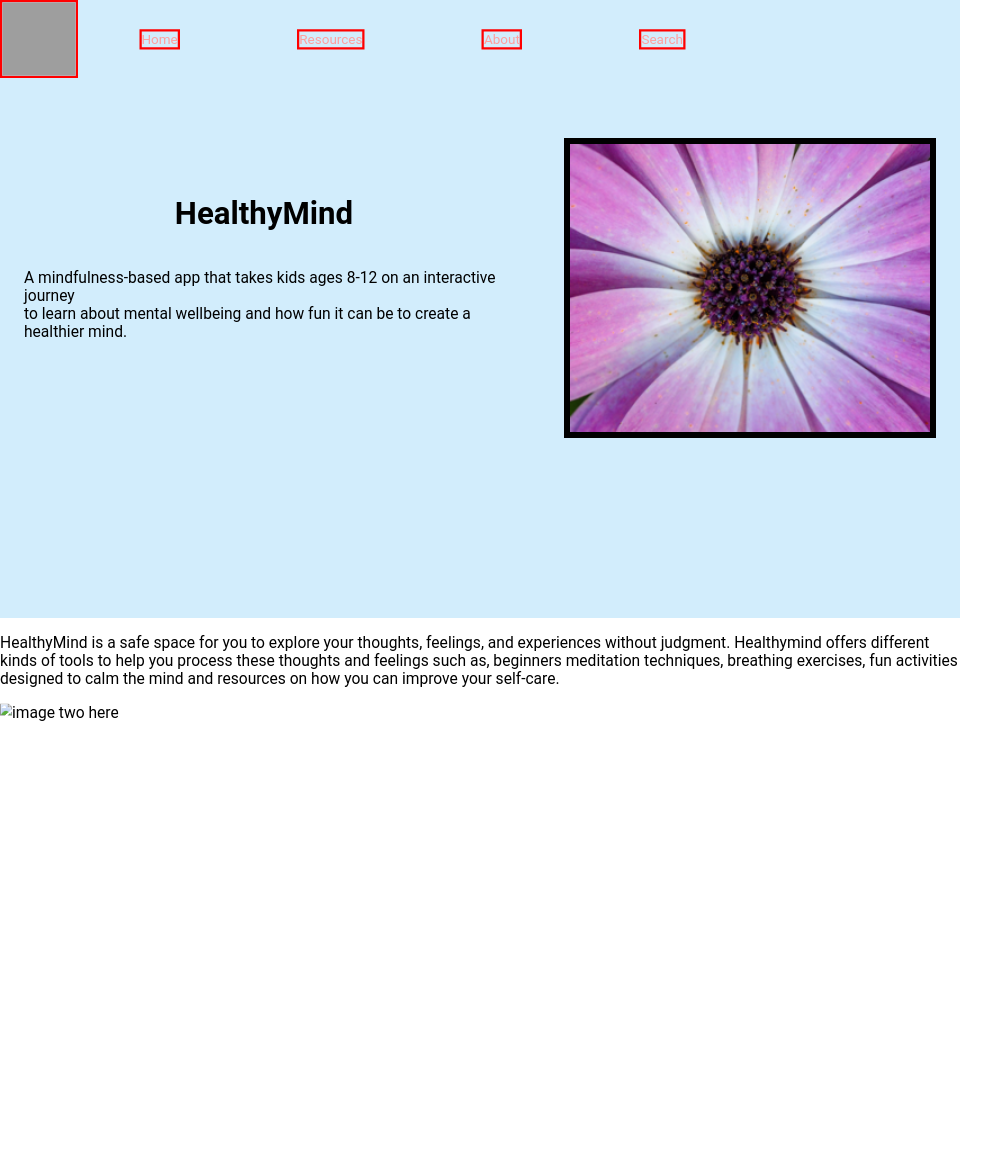
Repository: Nafisa-Huda/HealthierMind
Page: public/index.html
An editor plug-in stored every save of this project. The page is shown before and after the next save, followed by the edit.
The browser window is 1280 px wide. The page is 1328 px wide, so the pictures cover 1328 px, including what lies to the right of the window. The pictures show the whole page, at 75% of full size.
Pictures or frames that could not be fetched are drawn as grey boxes.

Above is the page before, as saved 2022-07-11 16:20:20.

### public/index.html
<!DOCTYPE html>
<html lang="en">
<head>
    <meta charset="UTF-8">
    <meta http-equiv="X-UA-Compatible" content="IE=edge">
    <meta name="viewport" content="width=device-width, initial-scale=1.0">
    <title>HealthyMind</title>
    <link rel="stylesheet" href="/public/style.css">
</head>
<body>
    <header>
        <div class="container row">
            <img class="logo" src="https://i.ibb.co/xLGc6jC/Healthy-Mind-logo.png" alt="healthy-mind-logo">
        <nav class="nav">
            <ul class="nav__list">
                <li class="nav__item"><a href="#" class="nav__link">Home</a></li>
                <li class="nav__item"><a href="#" class="nav__link">Resources</a></li>
                <li class="nav__item"><a href="#" class="nav__link">About</a></li>
                <li class="nav__item"><a href="#" class="nav__link">Search</a></li>
            </ul>
        </nav>
        </div>
    </header>

    <!-- <section class="hero main"> -->
        <div class="hero main ">
            <div class="hero__text">
                <h1>HealthyMind</h1>
                <p>A mindfulness-based app that takes kids ages 8-12 on an interactive journey <br> to learn about mental wellbeing and  how fun it can be to create a healthier mind. </p>
            </div>
            <div class="containerImg">
            <img class="hero__img" src="/Images/purpleflowerSmall.png" alt="image one here" srcset="">
            </div>
         </div>
    </section>

    <main class="main container">
        <section class="primary-content">
            <p>HealthyMind is a safe space for you to explore your thoughts, feelings, and experiences without judgment. Healthymind offers different kinds of tools to help you process these thoughts and feelings such as, beginners meditation techniques, breathing exercises, fun activities designed to calm the mind and resources on how you can improve your self-care.</p>
            <img class="main__img" src="" alt="image two here" srcset="">
        </section>
</main>

<script src="/public/main.js"></script>
</body>
</html>

### public/style.css
*, *::before, *::after {
    box-sizing: border-box;
}

body {
    margin: 0;
    max-width: 100%;
    font-family: 'Roboto', sans-serif;
    font-size: 1.3rem;
}
html{
  scroll-behavior: smooth;
  scroll-padding-top: (--scroll-padding,100px);
}
/*scrollbar*/
::-webkit-scrollbar{
  width: 0.7em;
}
::-webkit-scrollbar-track{
  background: antiquewhite;
}
::-webkit-scrollbar-thumb{
  background: #FFE170;
}
header{
  background-color: #d2edfc;
  height: 10%;
}
  .containerImg > img {
      width: 100%;
      margin: 5rem 5rem 5rem 5rem ;
      max-height: 100%;
      border: black solid 0.5rem;
      padding: auto;
  }

/* home page */

.container {
    width: 100vw;
    margin: 0 auto;
}
.main{
  height: 100vh;
}

.hero{
  display: flex;
  background-color: #d2edfc;
}
.hero > h1,
.hero > p {
 text-align: center;
}
  .hero__text{
    width: 50%;
    margin: 8rem 0 4rem 2rem;
    display: flex;
    flex-direction: column;
    align-items: center;
    justify-content: flex-start;
  }

.row {
    display: flex;
    justify-content: space-between;
    align-items: center;
    width: 100%;
}

.logo {
    width: 5em;
    height: 5em;
    margin-right: 2em;
    border: 3px red solid;
}

.nav {
    display: flex;
    justify-content: space-between;
    align-items: center;
    flex-grow: 1;
}

.nav__list {
    margin: 0;
    padding-right: 1em;
    list-style: none;

    display: flex;
    align-items: center;

    font-size: 1rem;
}

.nav__item + .nav__item {
    margin-left: 60%;
}

.nav__link {
    border: 3px red solid;
    text-decoration: none;
    font-size: large;
    color: #FF9F9F;
}

.nav__link--button {
    padding: .25em 1em;
}

.nav__link:hover {
    opacity: .75;
}



/* activities page */

.activities-header{
  background-color: #A8E0FF;
  height: 20rem;
  width: 100%;
  border-bottom: solid #fff 4px;
}

.title{
  display: flex;
  flex-direction: column;
  align-items: center;
  padding-top: 3rem;
  color: #fff;
}


.activities-container{
  display: flex;
  flex-wrap: wrap;
  justify-content: center;
  background-color: #FFF9A6;
}

.scene {
  width: 20rem;
  height: 20rem;
  margin: 3rem;
  perspective: 600px;
}

.card {
  width: 100%;
  height: 100%;
  cursor: pointer;
  transform-style: preserve-3d;
  transform-origin: center right;
  transition: transform 1s;
}

.card.is-flipped {
  transform: translateX(-100%) rotateY(-180deg);
}

.face {
  position: absolute;
  width: 100%;
  height: 100%;
  line-height: 260px;
  color: #fff;
  text-align: center;
  font-weight: bold;
  font-size: larger;
  backface-visibility: hidden;
}

.front {
  background-color: #FF9F9F;
}

.back {
  background-color: #FF9F9F;
  transform: rotateY(180deg);
}

### public/main.js
const cards = document.querySelectorAll('.card');
[...cards].forEach((card)=>{
    card.addEventListener('click', () =>{
        card.classList.toggle('is-flipped')
    })
});

After the next save:
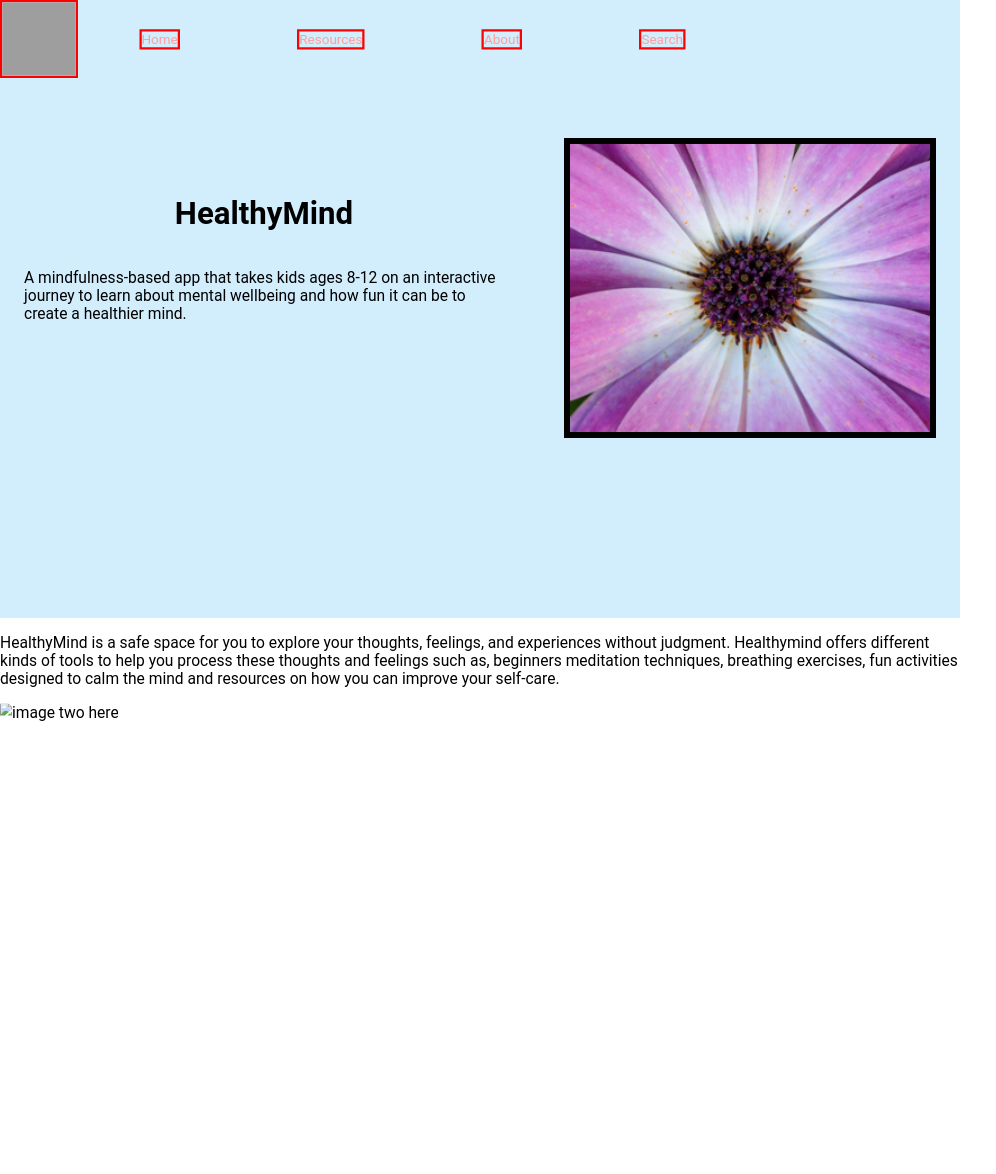
Saved 5 s later.
--- a/public/index.html
+++ b/public/index.html
@@ -26,7 +26,7 @@
         <div class="hero main ">
             <div class="hero__text">
                 <h1>HealthyMind</h1>
-                <p>A mindfulness-based app that takes kids ages 8-12 on an interactive journey <br> to learn about mental wellbeing and  how fun it can be to create a healthier mind. </p>
+                <p>A mindfulness-based app that takes kids ages 8-12 on an interactive journey to learn about mental wellbeing and  how fun it can be to create a healthier mind. </p>
             </div>
             <div class="containerImg">
             <img class="hero__img" src="/Images/purpleflowerSmall.png" alt="image one here" srcset="">
